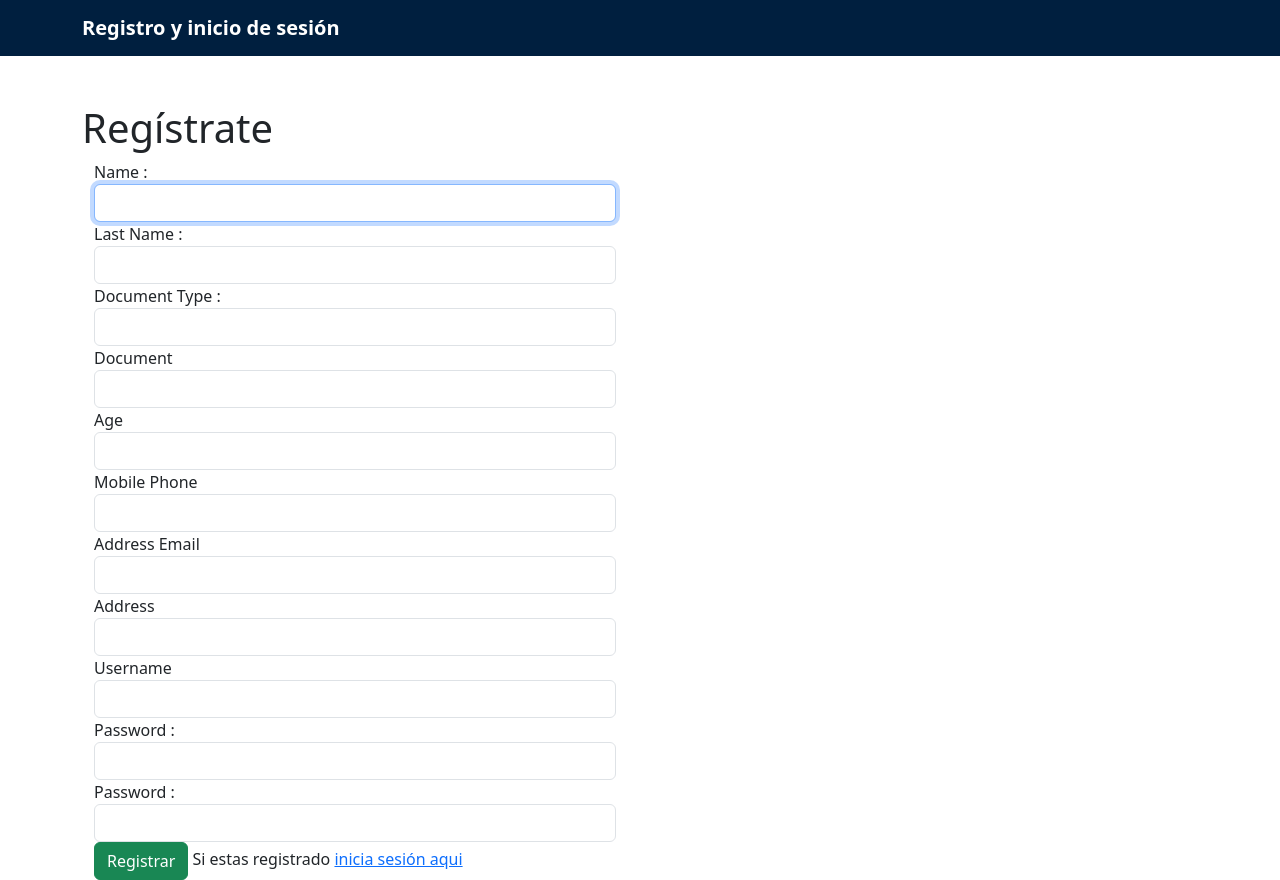
Repository: BolivarCaro/ecenviosweb
Page: http://localhost/record
An editor plug-in stored every save of this project. The page is shown before and after the next save, followed by the edit.
The browser window is 1280 px wide. The pictures show the whole page.
The page is this project's Thymeleaf template; nobody is signed in. The template is opened directly, without the code that normally fills it, so the values that code supplies are empty.

Above is the page before, as saved 2024-07-14 14:42:09.

After the next save:
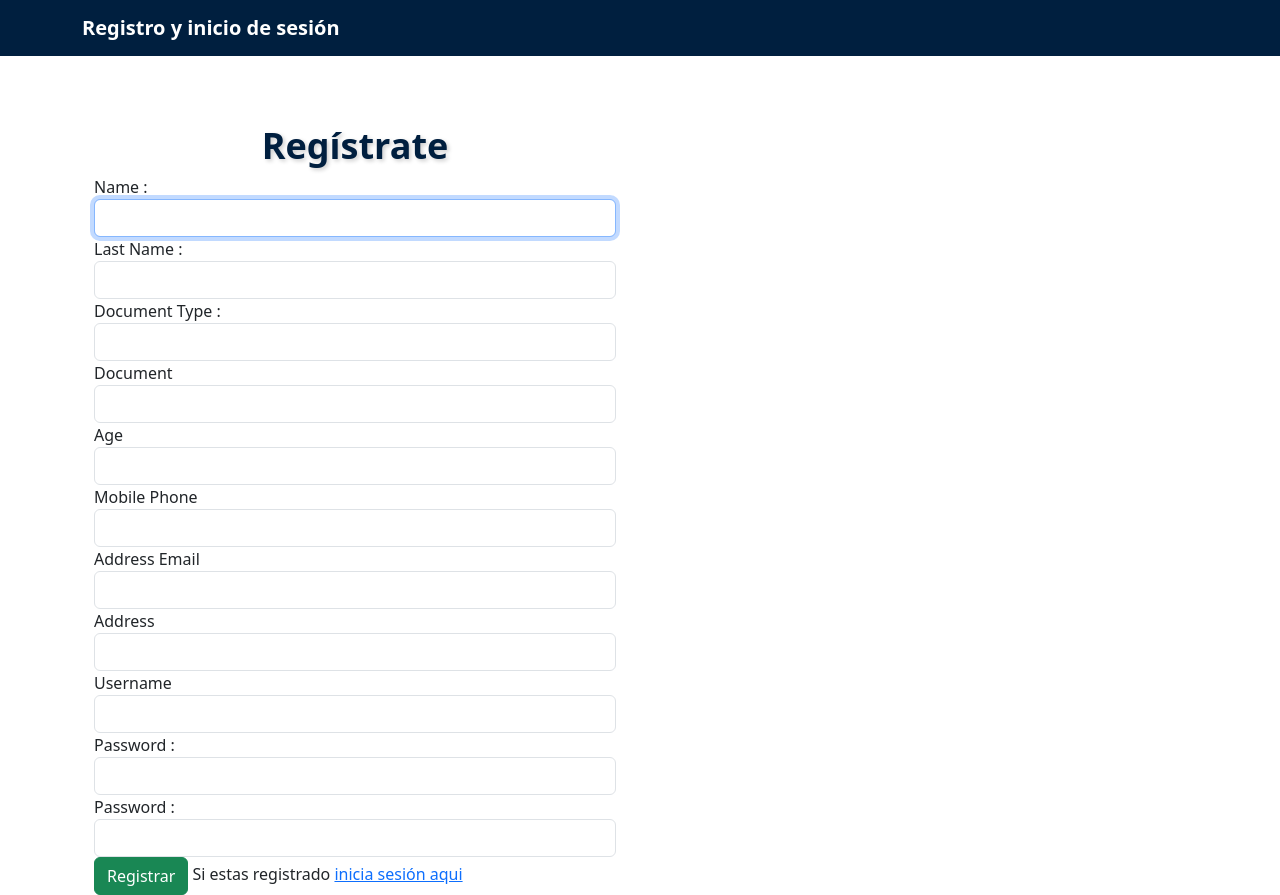
Saved 45 s later.
--- a/sprindbootecenvios/src/main/resources/templates/record.html
+++ b/sprindbootecenvios/src/main/resources/templates/record.html
@@ -29,7 +29,10 @@
 						<div class="alert alert-info">registro exitoso </div>
 					</div>
 
-					<h1>Regístrate</h1>
+					<h1 style="text-align: center; font-size: 36px; color: #001F3F; font-weight: bold; margin-top: 20px; text-shadow: 2px 2px 4px rgba(0, 0, 0, 0.2);">
+					    Regístrate
+					</h1>
+
 					<div class="container">
 						<form th:action="@{/record}" method="post" th:object="${customer}">
 							<div class="form-group">
